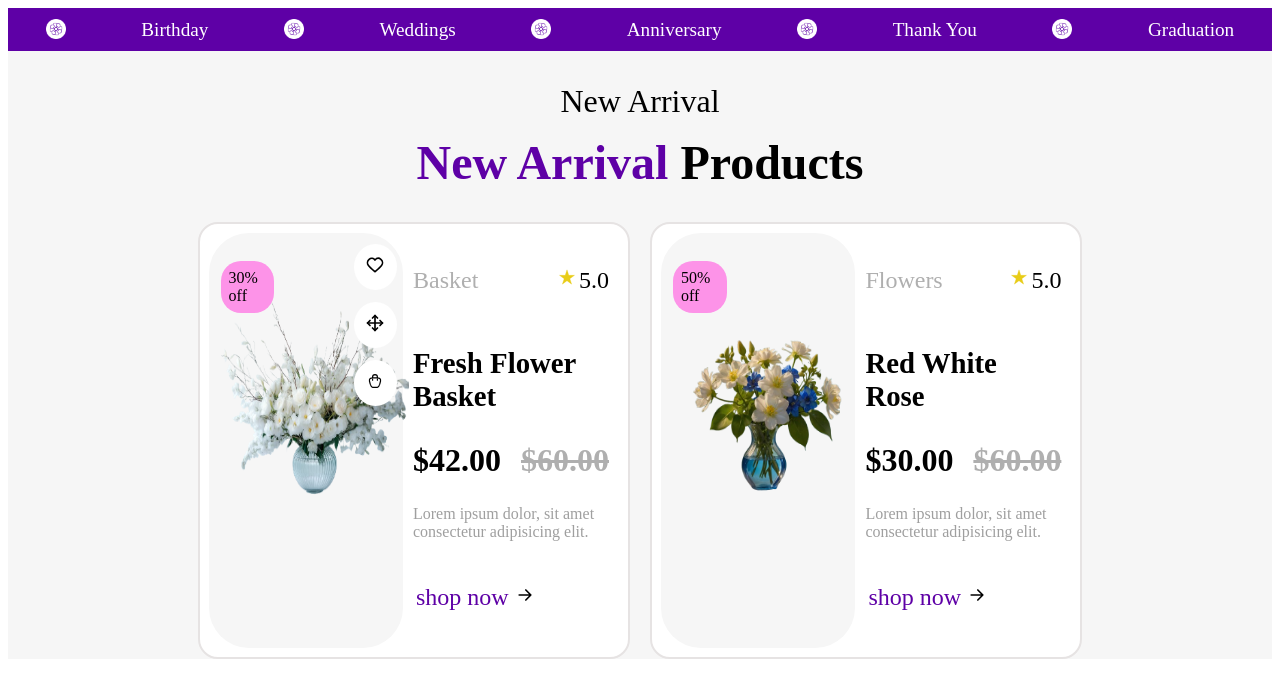
Repository: KolawoleTemilade/classroom-learning
Page: newarrival/index.html
An editor plug-in stored every save of this project. The page is shown before and after a run of saves, followed by the edit.
The browser window is 1280 px wide. The pictures show the whole page.

Above is the page before, as saved 2025-10-02 09:26:37.

### newarrival/index.html
<!DOCTYPE html>
<html lang="en">
  <head>
    <meta charset="UTF-8" />
    <meta name="viewport" content="width=h, initial-scale=1.0" />
    <title>new arrival</title>
    <link rel="stylesheet" href="style.css" />
  </head>
  <body>
    <section class="new-arrival-sect">
    <div class="marq-sect">
      <div class="marque">
        <img
          src="../newarrival/images/icons/marqueflower.png"
          alt="flower-icon"
          width="20"
          height="20"
        />
        <span>birthday</span>
        <img
          src="../newarrival/images/icons/marqueflower.png"
          alt="flower-icon"
          width="20"
          height="20"
        />
        <span>weddings</span>
        <img
          src="../newarrival/images/icons/marqueflower.png"
          alt="flower-icon"
          width="20"
          height="20"
        />
        <span>anniversary</span>
        <img
          src="../newarrival/images/icons/marqueflower.png"
          alt="flower-icon"
          width="20"
          height="20"
        />
        <span>thank you</span>
        <img
          src="../newarrival/images/icons/marqueflower.png"
          alt="flower-icon"
          width="20"
          height="20"
        />
        <span>graduation</span>
      </div>
    </div>

      <div class="new-arrival">
        <div class="new-arrival-title">
          <p class="title1">
            new arrival
            <span class="title2"
              >new arrival <span class="product-title">products</span></span
            >
          </p>
        </div>
        <section class="card-sec">
          <div class="new-arrival-product-card">
            <div class="product-card">
              <div class="img-sect">
                <img
                  src="./images/new-arrival/flower4.png"
                  alt="flower1"
                  width="200"
                  height="2 ,8>00"
                />
                <div class="absolute-container">
                  <p class="slash">30% off</p>
                  <div class="icons-sec">
                    <div class="icons">
                      <img
                        src="./images/icons/heart.svg"
                        alt="heart"
                        width="20"
                        height="20"
                      />
                    </div>
                    <div class="icons">
                      <img
                        src="./images/icons/crossedarrow.svg"
                        alt="arrow"
                        width="20"
                        height="20"
                      />
                    </div>
                    <div class="icons">
                      <img
                        src="./images/icons/shoppingbag.svg"
                        alt="shoppingbag"
                        width="20"
                        height="20"
                      />
                    </div>
                  </div>
                </div>
              </div>
              <div class="text-sect">
                <div class="basket-sec">
                  <p>basket</p>
                  <div class="rating-sec">
                    <img
                      src="./images/icons/ratings.svg"
                      alt="ratings"
                      width="20"
                      height="20"
                    />
                    <span>5.0</span>
                  </div>
                </div>
                <div class="fresh-flower-sec">
                  <h3>fresh flower basket</h3>
                  <h2>$42.00 <span class="slashed"> $60.00</span></h2>
                  <p>
                    Lorem ipsum dolor, sit amet consectetur adipisicing elit.
                  </p>
                  <div class="shop-btn">
                    <p>
                      shop now
                      <span
                        ><img
                          src="./images/icons/rightarrow.svg"
                          alt="right arrow"
                          width="20"
                          height="20"
                      /></span>
                    </p>
                  </div>
                </div>
              </div>
            </div>
          </div>
          <div class="new-arrival-product-card">
            <div class="product-card">
              <div class="img-sect">
                <img
                  src="./images/new-arrival/flower6.png"
                  alt="flower6"
                  width="200"
                  height="2 ,8>00"
                />
                <div class="absolute-container">
                  <p class="slash">50% off</p>
                  <div class="icons-sec2">
                    <div class="icons">
                      <img
                        src="./images/icons/heart.svg"
                        alt="heart"
                        width="20"
                        height="20"
                      />
                    </div>
                    <div class="icons">
                      <img
                        src="./images/icons/crossedarrow.svg"
                        alt="arrow"
                        width="20"
                        height="20"
                      />
                    </div>
                    <div class="icons">
                      <img
                        src="./images/icons/shoppingbag.svg"
                        alt="shoppingbag"
                        width="20"
                        height="20"
                      />
                    </div>
                  </div>
                </div>
              </div>
              <div class="text-sect">
                <div class="basket-sec">
                  <p>flowers</p>
                  <div class="rating-sec">
                    <img
                      src="./images/icons/ratings.svg"
                      alt="ratings"
                      width="20"
                      height="20"
                    />
                    <span>5.0</span>
                  </div>
                </div>
                <div class="fresh-flower-sec">
                  <h3>red white rose</h3>
                  <h2>$30.00 <span class="slashed"> $60.00</span></h2>
                  <p>
                    Lorem ipsum dolor, sit amet consectetur adipisicing elit.
                  </p>
                  <div class="shop-btn">
                    <p>
                      shop now
                      <span
                        ><img
                          src="./images/icons/rightarrow.svg"
                          alt="right arrow"
                          width="20"
                          height="20"
                      /></span>
                    </p>
                  </div>
                </div>
              </div>
            </div>
          </div>
        </section>
      </div>
    </section>
  </body>
</html>

### newarrival/style.css
.marq-sect {
  background-color: #5e00a6;
  height: 6vh;
  width: 100%;
  align-content: center;
}
.marque {
  display: flex;
  align-content: center;
  justify-content: space-around;
}
.marque > span {
  text-transform: capitalize;
  color: white;
  font-size: 1.2rem;
}

.new-arrival-sect > .new-arrival {
  display: flex;
  flex-direction: column;
  align-items: center;
  justify-content: center;
  background-color: #F6F6F6;
  /* width: 100%; */
}
.title1 {
  font-size: 2rem;
  display: flex;
  flex-direction: column;
  align-items: center;
  justify-content: center;
  gap: 15px;
  text-transform: capitalize;
}
.title2 {
  font-size: 3rem;
  color: #5e00a6;
  font-weight: 700;
}
.product-title {
  color: black;
  font-size: 3rem;
  font-weight: 700;
}
.card-sec {
  display: flex;
  gap:20px;
  width: 70%;
}
.new-arrival-product-card {
  border: 2px solid rgb(230, 227, 227);
  padding: 9px;
  border-radius: 20px;
  background-color: #ffffff;
  width: 100%;
}

.product-card {
  display: flex;
  background-color: #ffffff;
  width: 100%;

}
.img-sect {
  position: relative;
  border: 3px solid transparent;
  border-radius: 40px;
  background-color: #f6f6f6;
  width: 100%;
  padding: 9px;
}
.img-sect > img {
  position: absolute;
  top: 15%;
  width: 100%;
  height: 30vh;
}
.absolute-container > p {
  padding: 8px;
  width: 20%;
  border-radius: 20px;
}
.slash {
  position: absolute;
  /* top: 1%; */
  background: #fd93e8;
}

.icons-sec {
  position: absolute;
  top: 2%;
  right: 2%;
  display: flex;
  flex-direction: column;
  gap: 12px;
}
.icons {
  padding: 10px;
  width: 50%;
  border: 1px solid transparent;
  border-radius: 50%;
  background-color: white;
}
.text-sect {
  width: 100%;
  padding: 10px;
}
.basket-sec {
  display: flex;
  justify-content: space-between;
  align-items: center;
}
.basket-sec > p {
  text-transform: capitalize;
  color: #afafaf;
  font-size: 1.5rem;
}
.rating-sec {
  display: flex;
  gap: 2px;
  font-size: 1.5rem;
}
.fresh-flower-sec > h3 {
  font-size: 1.8rem;
  text-transform: capitalize;
  font-weight: 600;
}
.fresh-flower-sec > h2 {
  font-size: 2rem;
  display: flex;
  gap: 20px;
}
.slashed {
  color: #afafaf;
  text-decoration: line-through;
}
.fresh-flower-sec > p {
  font-size: 1.rem;
  color: #9f9f9f;
}
.shop-btn {
  color: #5e00a6;
  display: flex;
  align-items: center;
  padding: 3px;
  font-size: 1.5rem;
}
.icons-sec2 {
    display: none;
}

After the next 6 saves:
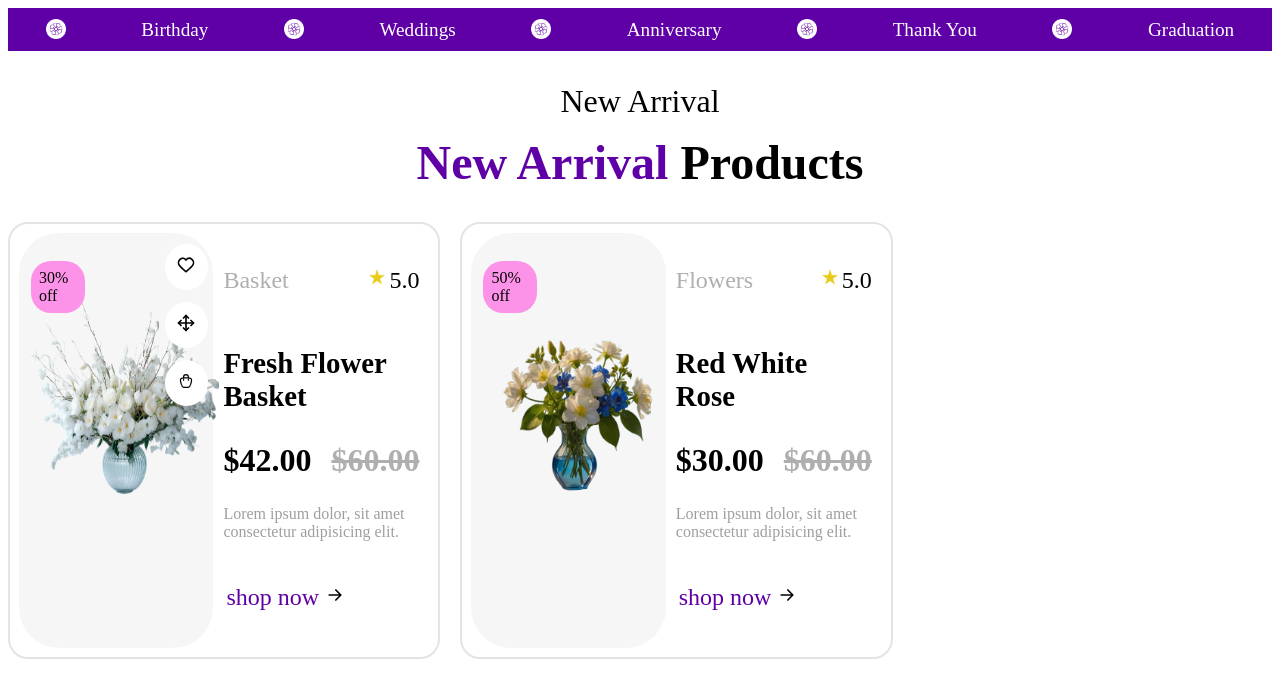
The 6 saves are shown as one change because they came seconds apart.
The last was saved 19 s later.
--- a/newarrival/style.css
+++ b/newarrival/style.css
@@ -15,13 +15,16 @@
   font-size: 1.2rem;
 }
 
-.new-arrival-sect > .new-arrival {
+.new-arrival-sect >  {
   display: flex;
   flex-direction: column;
   align-items: center;
   justify-content: center;
   background-color: #F6F6F6;
   /* width: 100%; */
+}
+.new-arrival{
+
 }
 .title1 {
   font-size: 2rem;

After the save that followed:
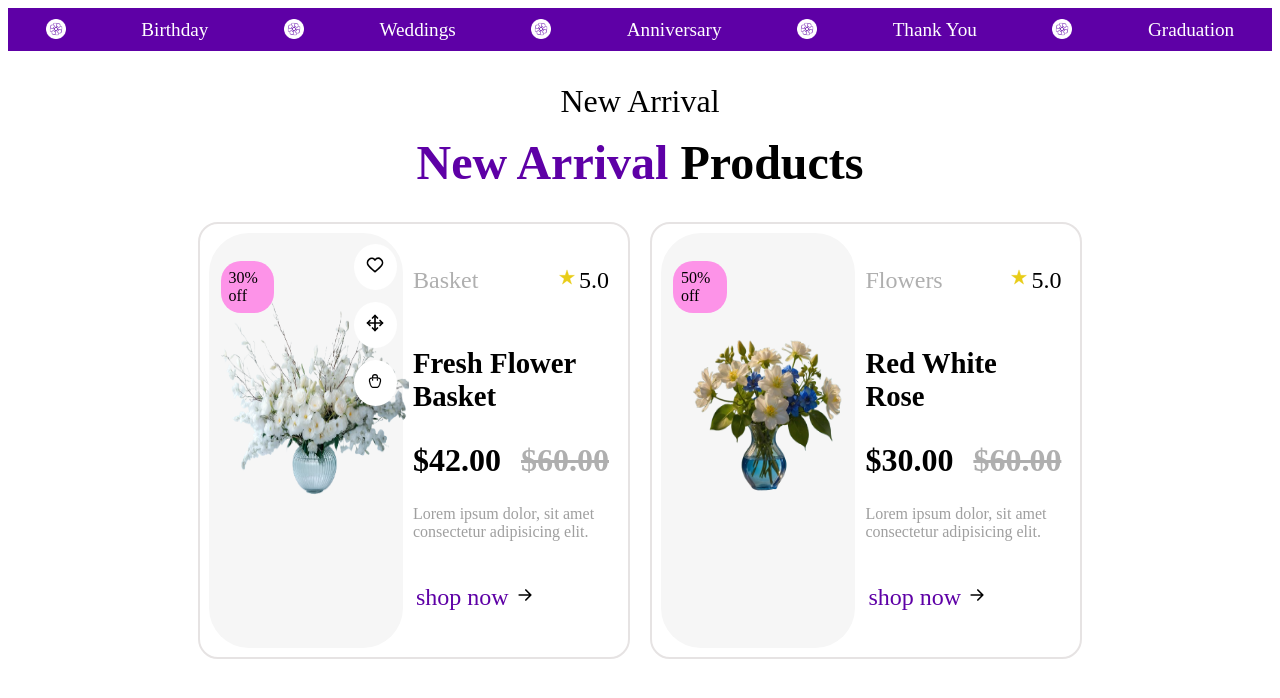
Saved 15 s later.
--- a/newarrival/style.css
+++ b/newarrival/style.css
@@ -24,7 +24,10 @@
   /* width: 100%; */
 }
 .new-arrival{
-
+  display: flex;
+  flex-direction: column;
+  align-items: center;
+  justify-content: center;
 }
 .title1 {
   font-size: 2rem;
